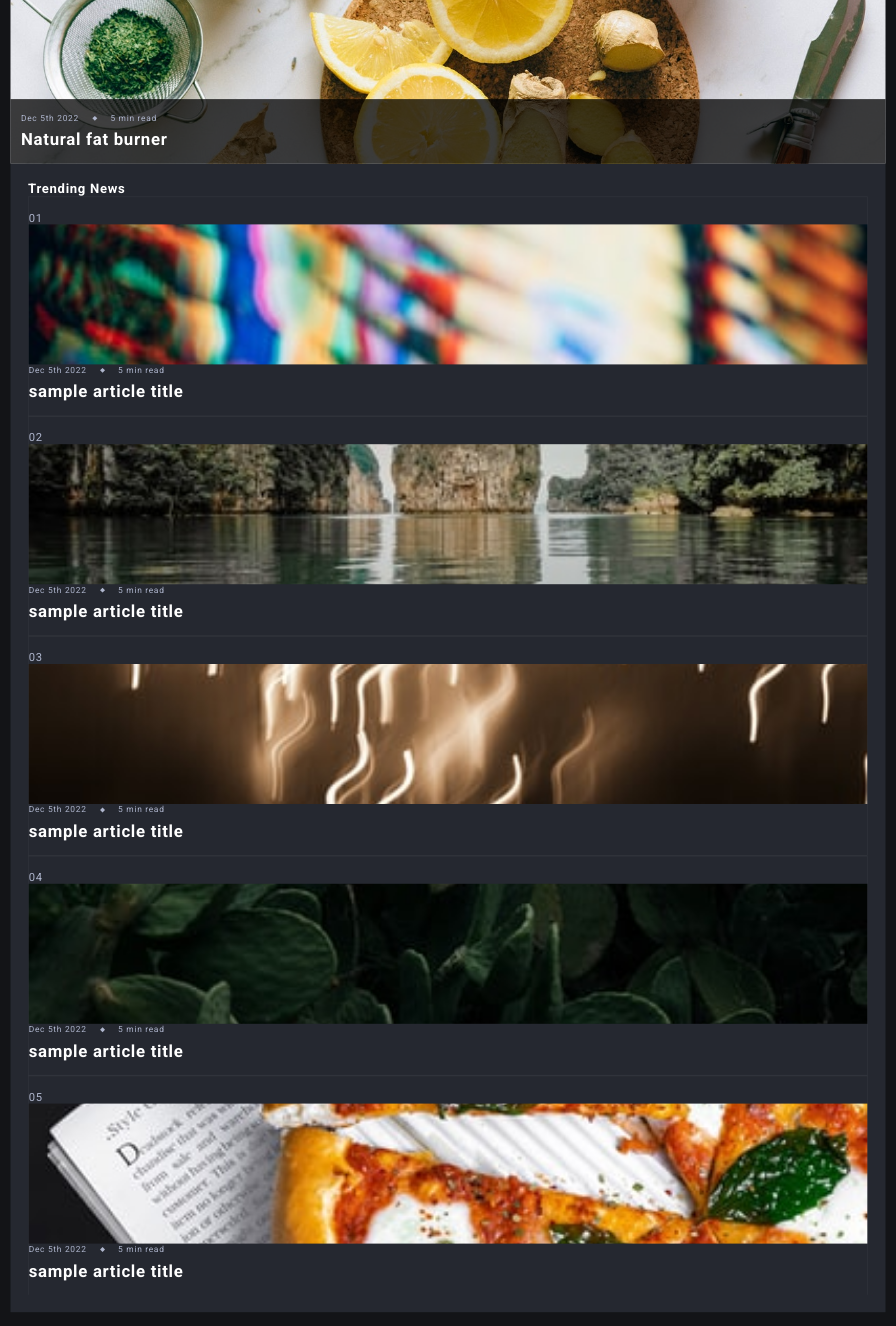
Repository: Junichi-Machii/news-blog-test
Page: index.html
These files come from the project's save history. The page is drawn as it stood at one moment and after a run of saves; the edit follows.
The browser window is 1280 px wide. The pictures show the part of the page from y = 852 to 2772 px (the page is 2746 px tall before and 2772 px after), at 70% of full size.
The style sheet was rebuilt from its Sass, Less or Tailwind sources for each picture, by a compiler version that may differ from the author's.

Above is the page before, as saved 2023-05-12 11:18:02.

After the next 13 saves:
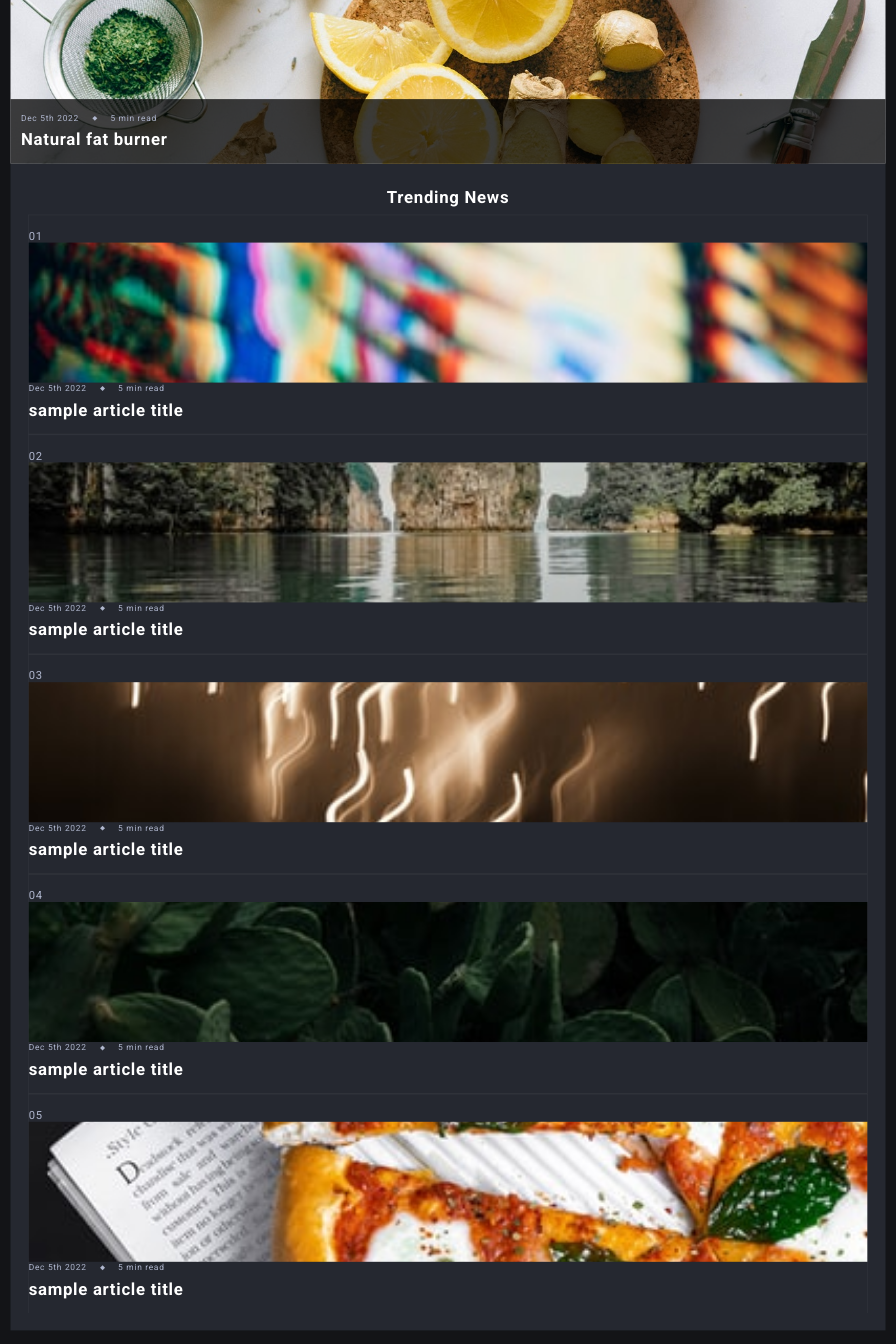
The 13 saves are shown as one change because they came seconds apart.
The last was saved 23 s later.
--- a/style.scss
+++ b/style.scss
@@ -432,7 +432,9 @@ body.light-theme {
 }
 
 .featured-content-title {
-
+  font-size: var(--font-size-md);
+  text-align: center;
+  padding: 1rem;
 }
 /* Quick read */
 
